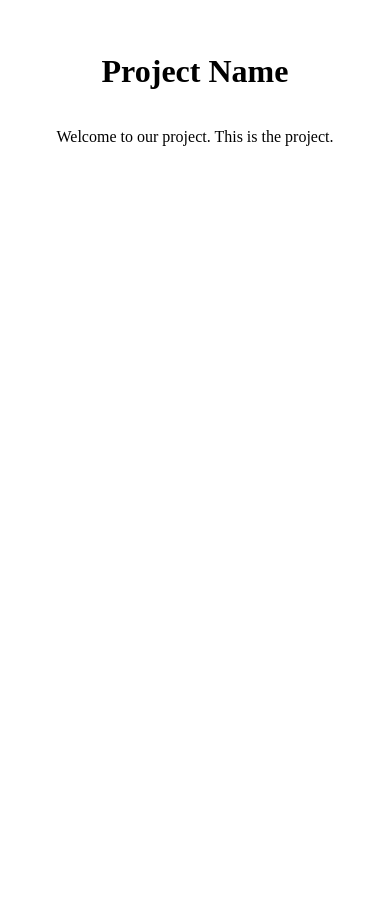
Repository: GG1627/SwampHacks-X-Project
Page: /
The author's editor kept a copy of each file at every save. The page is drawn from the files as they stood at one save, then again after the next save.
The browser window is 390 px wide. The pictures show the whole page.
The app was drawn by React Native's web renderer in a window 390 px wide. The project was rebuilt for these pictures with package versions that can differ from the ones it lists, and the page was loaded fresh each time. Also part of the build but not shown: vite.config.js.

Above is the page before, as saved 2025-01-25 10:52:00.

### src/App.jsx
import { useState } from "react";
import reactLogo from "./assets/react.svg";
import viteLogo from "/vite.svg";
import "./App.css";
import HomeScreen from "./components/HomeScreen";

function App() {
  return (
    <>
      <HomeScreen />
    </>
  );
}

export default App;

### src/components/HomeScreen.jsx
import React from "react";

const HomeScreen = () => {
  return (
    <>
      <h1>Project Name</h1>
      <p>Welcome to our project. This is the project.</p>
    </>
  );
};

export default HomeScreen;

Loaded but not shown: src/App.css (common file)

After the next save:
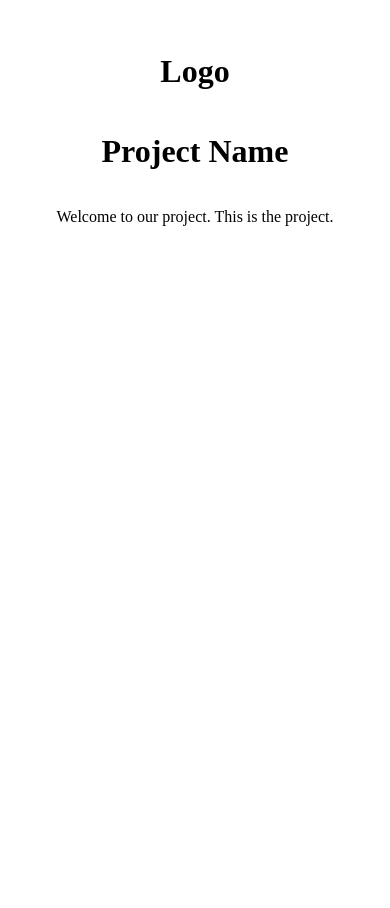
Saved 11 s later.
--- a/src/components/HomeScreen.jsx
+++ b/src/components/HomeScreen.jsx
@@ -3,6 +3,7 @@ import React from "react";
 const HomeScreen = () => {
   return (
     <>
+      <h1>Logo</h1>
       <h1>Project Name</h1>
       <p>Welcome to our project. This is the project.</p>
     </>
